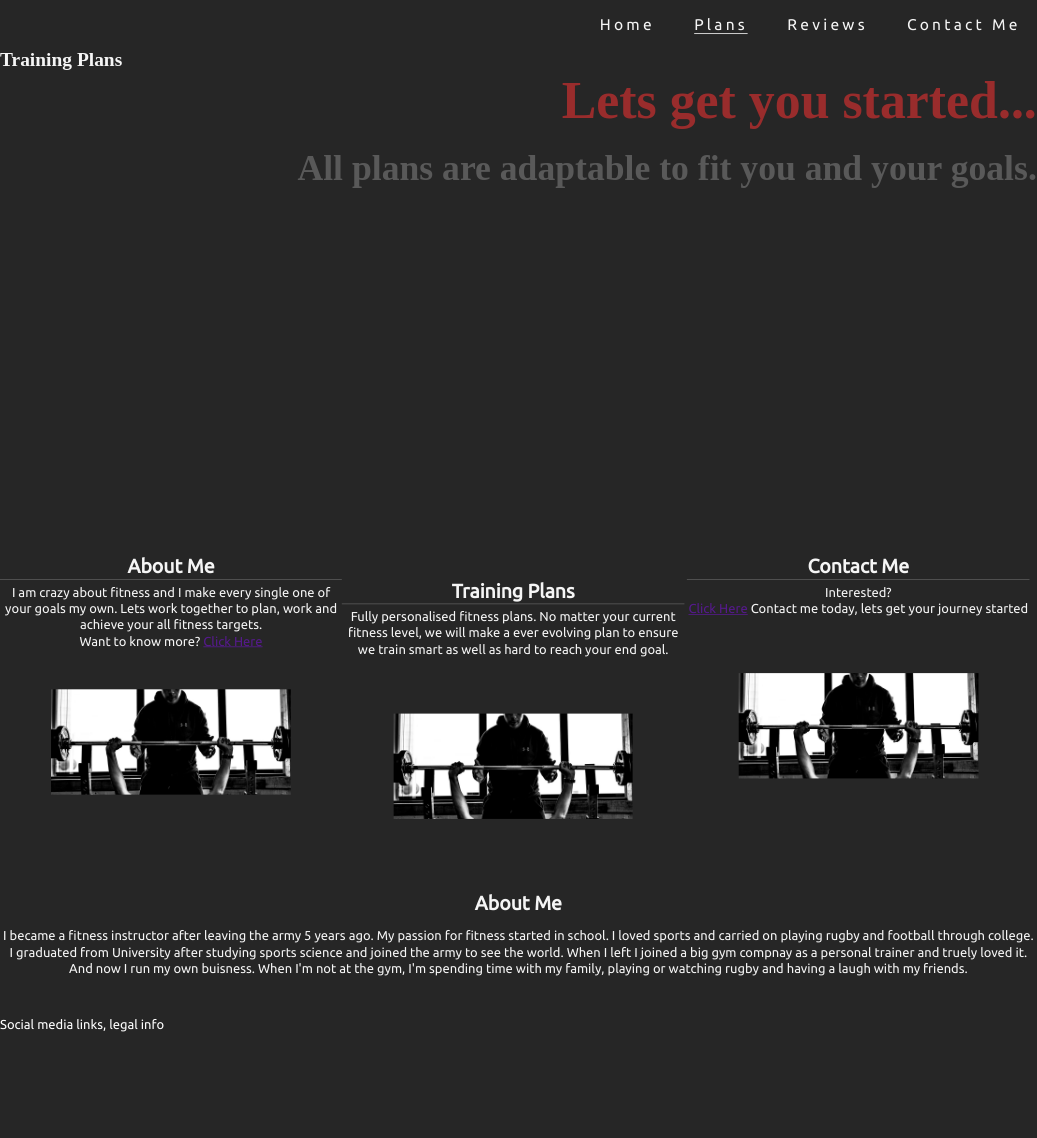
Repository: ClaireRoberts1403/Joe-Bloggs-Personal-Trainer
Page: html/plans.html
The author's editor kept a record of every edit. The page is drawn from the files as they stood at one moment, then again after the next edit.
The browser window is 1280 px wide. The pictures show the whole page, at 81% of full size.
Some web fonts or font styles are not loaded; a fallback is used.

Above is the page before.

After the next edit:
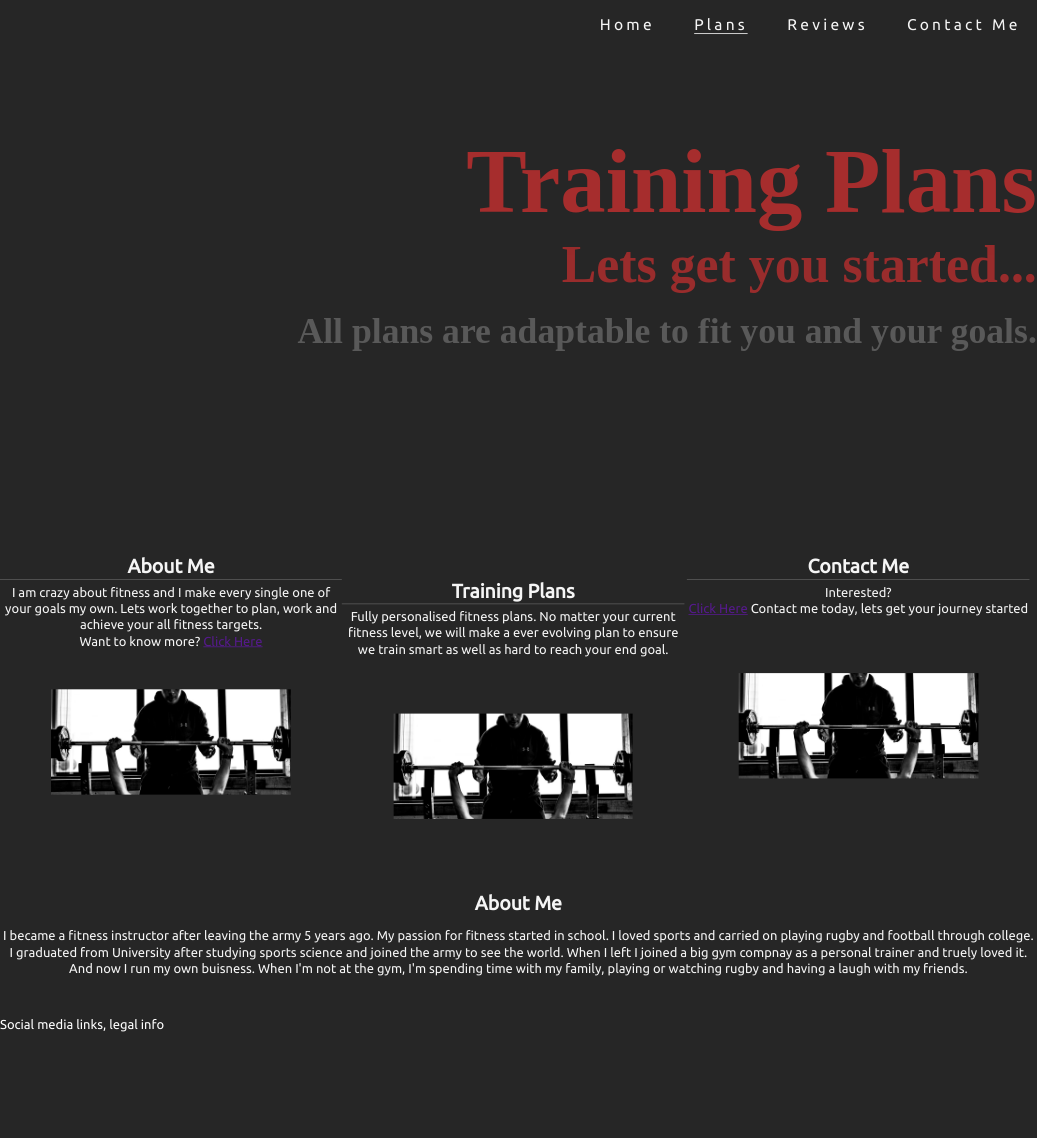
The edit:
--- a/html/plans.html
+++ b/html/plans.html
@@ -36,7 +36,7 @@
 	<!-- Hero Image -->
 	<section id="hero">
 		<div class="plans-image">
-			<h1 id="plans-name">
+			<h1 id="hero-name">
 				Training Plans
 			</h1>
 			<h1 id="hero-title">
